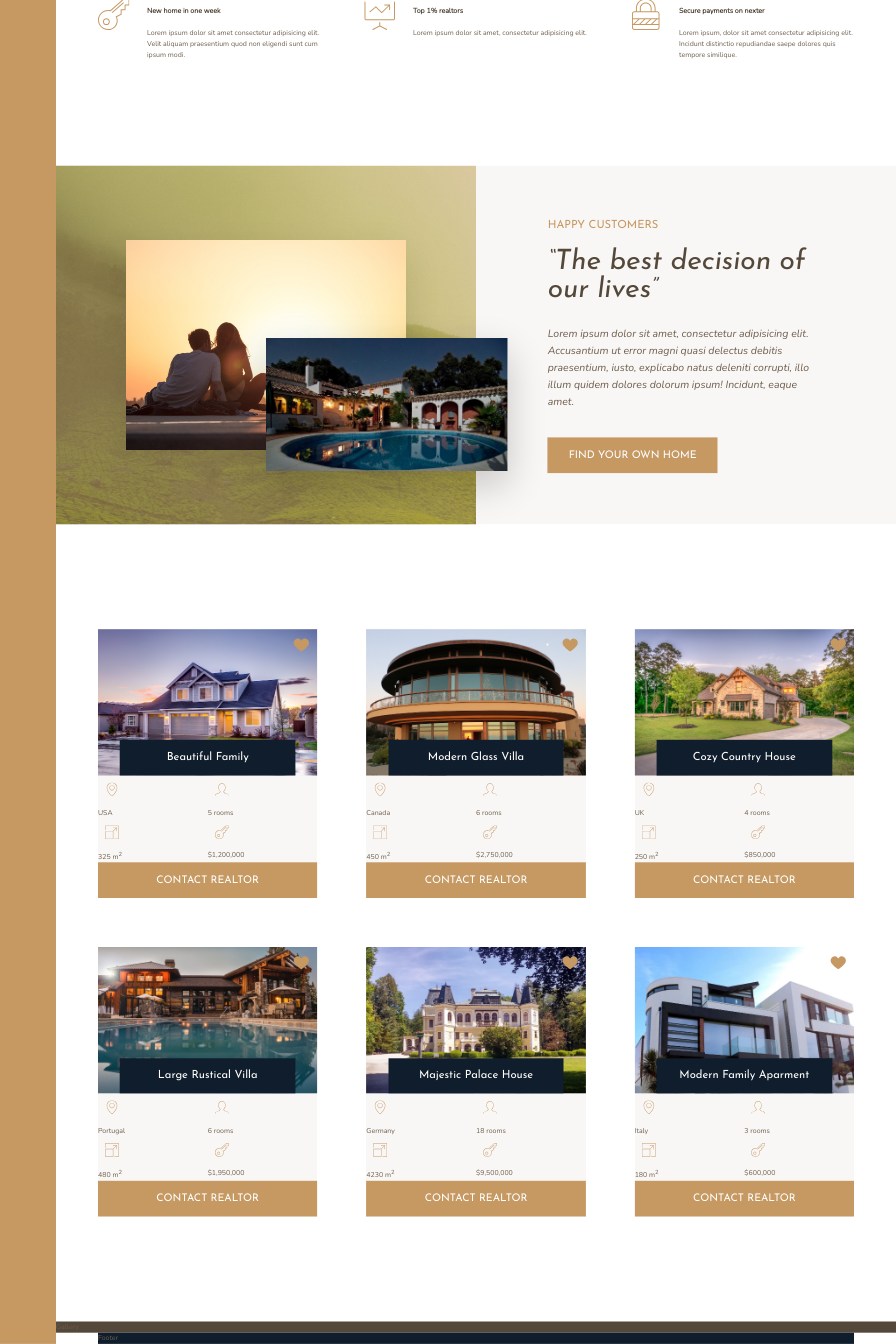
Repository: achwesiuk/nexter
Page: index.html
These files come from the project's save history. The page is drawn as it stood at one moment and after the next save; the edit follows.
The browser window is 1280 px wide. The pictures show the part of the page from y = 857 to 2777 px (the page is 2777 px tall), at 70% of full size.
The style sheet was rebuilt from its Sass, Less or Tailwind sources for each picture, by a compiler version that may differ from the author's.

Above is the page before, as saved 2021-02-23 15:24:30.

### index.html
<!DOCTYPE html>
<html lang="en">
    <head>
        <meta charset="UTF-8">
        <meta name="viewport" content="width=device-width, initial-scale=1.0">
        <meta http-equiv="X-UA-Compatible" content="ie=edge">

        <link href="https://fonts.googleapis.com/css?family=Josefin+Sans:300,400,400i|Nunito:300,300i" rel="stylesheet">
        <link rel="stylesheet" href="css/style.css">
        <link rel="shortcut icon" type="image/png" href="img/favicon.png">

        <title>nexter &mdash; your home, your freedom</title>
    </head>
    <body class="container">
        <div class="sidebar">
            Sidebar
        </div>

        <header class="header">
            Header
        </header>

        <div class="realtors">
            Top 3 realtors
        </div>

        <section class="features">
            <div class="feature">
                <svg class="feature__icon">
                    <use xlink:href="img/sprite.svg#icon-global"></use>
                </svg>
                <h4 class="heading-4--dark">World's best luxury homes</h4>
                <p class="feature-text">Lorem ipsum dolor sit amet, consectetur adipisicing elit. Sapiente eligendi vitae aliquid a corporis hic, nemo dolores neque culpa pariatur dolor magnam!</p>
            </div>
            <div class="feature">
                <svg class="feature__icon">
                    <use xlink:href="img/sprite.svg#icon-trophy"></use>
                </svg>
                <h4 class="heading-4--dark">Only the best properties</h4>
                <p class="feature-text">Lorem ipsum dolor sit amet consectetur, adipisicing elit. Mollitia optio sapiente fugit deserunt ex qui in.</p>
            </div>
            <div class="feature">
                <svg class="feature__icon">
                    <use xlink:href="img/sprite.svg#icon-map-pin"></use>
                </svg>
                <h4 class="heading-4--dark">All homes in top locations</h4>
                <p class="feature-text">Lorem ipsum dolor sit amet consectetur adipisicing elit. Ullam est deserunt unde temporibus, beatae quo et repellat!</p>
            </div>
            <div class="feature">
                <svg class="feature__icon">
                    <use xlink:href="img/sprite.svg#icon-key"></use>
                </svg>
                <h4 class="heading-4--dark">New home in one week</h4>
                <p class="feature-text">Lorem ipsum dolor sit amet consectetur adipisicing elit. Velit aliquam praesentium quod non eligendi sunt cum ipsum modi.</p>
            </div>
            <div class="feature">
                <svg class="feature__icon">
                    <use xlink:href="img/sprite.svg#icon-presentation"></use>
                </svg>
                <h4 class="heading-4--dark">Top 1% realtors</h4>
                <p class="feature-text">Lorem ipsum dolor sit amet, consectetur adipisicing elit.</p>
            </div>
            <div class="feature">
                <svg class="feature__icon">
                    <use xlink:href="img/sprite.svg#icon-lock"></use>
                </svg>
                <h4 class="heading-4--dark">Secure payments on nexter</h4>
                <p class="feature-text">Lorem ipsum, dolor sit amet consectetur adipisicing elit. Incidunt distinctio repudiandae saepe dolores quis tempore similique.</p>
            </div>
        </section>

        <div class="story__pictures">
            <img src="img/story-1.jpeg" alt="Couple with new house" class="story__img--1">
            <img src="img/story-2.jpeg" alt="New house" class="story__img--2">
        </div>

        <div class="story__content">
            <h3 class="heading-3 mb-sm">Happy Customers</h3>
            <h2 class="heading-2 heading-2--dark mb-md">&ldquo;The best decision of our lives&rdquo;</h2>
            <p class="story__text">
                Lorem ipsum dolor sit amet, consectetur adipisicing elit. Accusantium ut error magni quasi delectus debitis praesentium, iusto, explicabo natus deleniti corrupti, illo illum quidem dolores dolorum ipsum! Incidunt, eaque amet.
            </p>
            <button class="btn">Find your own home</button>
        </div>

        <section class="homes">
            <div class="home">
                <img src="img/house-1.jpeg" alt="House 1" class="home__img">
                <svg class="home__like">
                    <use xlink:href="img/sprite.svg#icon-heart-full"></use>
                </svg>
                <h5 class="home__name">Beautiful Family</h5>
                <div class="home__location">
                    <svg class="home__like">
                        <use xlink:href="img/sprite.svg#icon-map-pin"></use>
                    </svg>
                    <p>USA</p>
                </div>
                <div class="home__rooms">
                    <svg class="home__like">
                        <use xlink:href="img/sprite.svg#icon-profile-male"></use>
                    </svg>
                    <p>5 rooms</p>
                </div>
                <div class="home__area">
                    <svg class="home__like">
                        <use xlink:href="img/sprite.svg#icon-expand"></use>
                    </svg>
                    <p>325 m<sup>2</sup></p>
                </div>
                <div class="home__price">
                    <svg class="home__like">
                        <use xlink:href="img/sprite.svg#icon-key"></use>
                    </svg>
                    <p>$1,200,000</p>
                </div>
                <button class="btn home__btn">Contact realtor</button>
            </div>

            <div class="home"><img src="img/house-2.jpeg" alt="House 2" class="home__img">
                <svg class="home__like">
                    <use xlink:href="img/sprite.svg#icon-heart-full"></use>
                </svg>
                <h5 class="home__name">Modern Glass Villa</h5>
                <div class="home__location">
                    <svg class="home__like">
                        <use xlink:href="img/sprite.svg#icon-map-pin"></use>
                    </svg>
                    <p>Canada</p>
                </div>
                <div class="home__rooms">
                    <svg class="home__like">
                        <use xlink:href="img/sprite.svg#icon-profile-male"></use>
                    </svg>
                    <p>6 rooms</p>
                </div>
                <div class="home__area">
                    <svg class="home__like">
                        <use xlink:href="img/sprite.svg#icon-expand"></use>
                    </svg>
                    <p>450 m<sup>2</sup></p>
                </div>
                <div class="home__price">
                    <svg class="home__like">
                        <use xlink:href="img/sprite.svg#icon-key"></use>
                    </svg>
                    <p>$2,750,000</p>
                </div>
                <button class="btn home__btn">Contact realtor</button>
            </div>

            <div class="home"><img src="img/house-3.jpeg" alt="House 3" class="home__img">
                <svg class="home__like">
                    <use xlink:href="img/sprite.svg#icon-heart-full"></use>
                </svg>
                <h5 class="home__name">Cozy Country House</h5>
                <div class="home__location">
                    <svg class="home__like">
                        <use xlink:href="img/sprite.svg#icon-map-pin"></use>
                    </svg>
                    <p>UK</p>
                </div>
                <div class="home__rooms">
                    <svg class="home__like">
                        <use xlink:href="img/sprite.svg#icon-profile-male"></use>
                    </svg>
                    <p>4 rooms</p>
                </div>
                <div class="home__area">
                    <svg class="home__like">
                        <use xlink:href="img/sprite.svg#icon-expand"></use>
                    </svg>
                    <p>250 m<sup>2</sup></p>
                </div>
                <div class="home__price">
                    <svg class="home__like">
                        <use xlink:href="img/sprite.svg#icon-key"></use>
                    </svg>
                    <p>$850,000</p>
                </div>
                <button class="btn home__btn">Contact realtor</button>
            </div>

            <div class="home"><img src="img/house-4.jpeg" alt="House 4" class="home__img">
                <svg class="home__like">
                    <use xlink:href="img/sprite.svg#icon-heart-full"></use>
                </svg>
                <h5 class="home__name">Large Rustical Villa</h5>
                <div class="home__location">
                    <svg class="home__like">
                        <use xlink:href="img/sprite.svg#icon-map-pin"></use>
                    </svg>
                    <p>Portugal</p>
                </div>
                <div class="home__rooms">
                    <svg class="home__like">
                        <use xlink:href="img/sprite.svg#icon-profile-male"></use>
                    </svg>
                    <p>6 rooms</p>
                </div>
                <div class="home__area">
                    <svg class="home__like">
                        <use xlink:href="img/sprite.svg#icon-expand"></use>
                    </svg>
                    <p>480 m<sup>2</sup></p>
                </div>
                <div class="home__price">
                    <svg class="home__like">
                        <use xlink:href="img/sprite.svg#icon-key"></use>
                    </svg>
                    <p>$1,950,000</p>
                </div>
                <button class="btn home__btn">Contact realtor</button>
            </div>

            <div class="home"><img src="img/house-5.jpeg" alt="House 5" class="home__img">
                <svg class="home__like">
                    <use xlink:href="img/sprite.svg#icon-heart-full"></use>
                </svg>
                <h5 class="home__name">Majestic Palace House</h5>
                <div class="home__location">
                    <svg class="home__like">
                        <use xlink:href="img/sprite.svg#icon-map-pin"></use>
                    </svg>
                    <p>Germany</p>
                </div>
                <div class="home__rooms">
                    <svg class="home__like">
                        <use xlink:href="img/sprite.svg#icon-profile-male"></use>
                    </svg>
                    <p>18 rooms</p>
                </div>
                <div class="home__area">
                    <svg class="home__like">
                        <use xlink:href="img/sprite.svg#icon-expand"></use>
                    </svg>
                    <p>4230 m<sup>2</sup></p>
                </div>
                <div class="home__price">
                    <svg class="home__like">
                        <use xlink:href="img/sprite.svg#icon-key"></use>
                    </svg>
                    <p>$9,500,000</p>
                </div>
                <button class="btn home__btn">Contact realtor</button>
            </div>

            <div class="home"><img src="img/house-6.jpeg" alt="House 6" class="home__img">
                <svg class="home__like">
                    <use xlink:href="img/sprite.svg#icon-heart-full"></use>
                </svg>
                <h5 class="home__name">Modern Family Aparment</h5>
                <div class="home__location">
                    <svg class="home__like">
                        <use xlink:href="img/sprite.svg#icon-map-pin"></use>
                    </svg>
                    <p>Italy</p>
                </div>
                <div class="home__rooms">
                    <svg class="home__like">
                        <use xlink:href="img/sprite.svg#icon-profile-male"></use>
                    </svg>
                    <p>3 rooms</p>
                </div>
                <div class="home__area">
                    <svg class="home__like">
                        <use xlink:href="img/sprite.svg#icon-expand"></use>
                    </svg>
                    <p>180 m<sup>2</sup></p>
                </div>
                <div class="home__price">
                    <svg class="home__like">
                        <use xlink:href="img/sprite.svg#icon-key"></use>
                    </svg>
                    <p>$600,000</p>
                </div>
                <button class="btn home__btn">Contact realtor</button>
            </div>
        </section>

        <section class="gallery">
            Gallery
        </section>

        <footer>
            Footer
        </footer>
    </body>
</html>

### sass/main.scss
@import "base";
@import "typography";

@import "sidebar";
@import "header";
@import "realtors";
@import "features";
@import "story";
@import "homes";
@import "gallery";
@import "footer";

### sass/_base.scss
// COLOR VARIABLES
$color-primary: #c69963;
$color-primary-dark: #B28451;

$color-secondary: #101d2c;

$color-grey-light-1: #f9f7f6;
$color-grey-light-2: #aaa;

$color-grey-dark-1: #54483A;
$color-grey-dark-2: #6D5D4B;

// FONT VARIABLES
$font-primary: 'Nunito', sans-serif;
$font-display: 'Josefin Sans', sans-serif;

*,
*::before,
*::after {
    margin: 0;
    padding: 0;
    -webkit-box-sizing: inherit;
            box-sizing: inherit; //dziedziczy po HTML
}

html {
    -webkit-box-sizing: border-box;
            box-sizing: border-box;
    font-size: 62.5%; // 10px / 16px = 62.5% -> 1rem = 10px
}

body {
    font-family: $font-primary;
    color: $color-grey-dark-2;
    font-weight: 300;
    line-height: 1.6;
}

.container {
    display: grid;
    grid-template-rows: 80vh min-content 40vw repeat(3, min-content); // 1.wiersz - wysokość wiersza jest wartością procentową vh; jest to siatka jawna z jednym wierszem, pozostałe elementy będą dodane w siatce niejawnej (elementy, które nie mają miejsca w siatce jawnej)
    // 2. wiersz - wysokość wiersza uzależniona od zawartej w nim treści
    // 2. auto - domyślne, jeżeli nic nie będzie określone; również dopasowuje się do treści
    // 3. wiersz - wiersz uzależniony od szerokości układu (podczas zmiany szerokości widoku zmieniają się wymiary wiersza - zwęża się, rośnie)
    // 4, 5, 6 - wysokość wiersza uzależnione od jego zawartości
    grid-template-columns: [sidebar-start] 8rem [sidebar-end full-start] minmax(6rem, 1fr) [center-start] repeat(8, [col-start] minmax(min-content, 14rem) [col-end]) [center-end] minmax(6rem, 1fr) [full-end];
}

### sass/_typography.scss
%heading { //extended działa przeciwnie do mixin; selektory (heading-1 etc.) są kopiowane to selektora na górze
    font-family: $font-display;
    font-weight: 400;
}

.heading-1 {
    @extend %heading;
}

.heading-2 {
    @extend %heading;
    font-size: 4rem;
    font-style: italic;
    line-height: 1;

    &--light {color: $color-grey-light-1;}
    &--dark {color: $color-grey-dark-1;}
}

.heading-3 {
    @extend %heading;
    font-size: 1.6rem;
    color: $color-primary;
    text-transform: uppercase;
}

.heading-4 {
    @extend %heading;
    font-size: 1.9rem;

    &--light {color: $color-grey-light-1;}
    &--dark {color: $color-grey-dark-1;}
}

.btn {
    background-color: $color-primary;
    color: #fff;
    border: none;
    border-radius: 0; //z założenia przyciski mają ustawiony jakiś kąt
    font-family: $font-display;
    font-size: 1.5rem;
    text-transform: uppercase;
    padding: 1.8rem 3rem;
    cursor: pointer;

    transition: all .2s;

    &:hover {
        background-color: $color-primary-dark;
    }
}

.mb-sm {margin-bottom: 2rem;}
.mb-md {margin-bottom: 3rem;}
.mb-lg {margin-bottom: 4rem;}
.mb-hg {margin-bottom: 8rem;}

### sass/_sidebar.scss
.sidebar {
    background-color: $color-primary;
    grid-column: sidebar-start / sidebar-end;
    grid-row: 1 / -1;
}

### sass/_header.scss
.header {
    background-color: $color-grey-dark-1;
    grid-column: full-start / col-end 6;
}

### sass/_realtors.scss
.realtors {
    background-color: $color-secondary;
    grid-column: col-start 7 / full-end;
}

### sass/_features.scss
.features {
    grid-column: center-start / center-end;

    margin: 15rem 0;

    display: grid;
    //grid-template-columns: repeat(3, 1fr);
    grid-template-columns: repeat(auto-fit, minmax(25rem, 1fr));
    //grid-template-rows: auto auto; niepotrzebne, ponieważ wiersze i tak układają się w ten sposób
    grid-gap: 6rem;
    align-items: start;
}

.feature {

    display: grid;
    grid-template-columns: min-content 1fr; //min-content odnosi się do wymiarów ikony
    //nie trzeba określać wierszy, mają mieć wielkość zawartej w nich treści
    grid-row-gap: 1.5rem;
    grid-column-gap: 2.5rem;

    &__icon {
        fill: $color-primary;
        width: 4.5rem;
        height: 4.5rem;
        transform: translateY(-1rem);

        //grid-row: 1 / -1; // -1 oznacza koniec JAWNEJ SIATKI, a tutaj jest niejawna
        grid-row: -1 / span 2;
    }

    &__text {
        font-size: 1.7rem;
    }
}

### sass/_story.scss
.story {

    &__pictures {
        background-color: $color-primary;
        grid-column: full-start / col-end 4;
        background-image: linear-gradient(rgba($color-primary, .5), rgba($color-primary, .5)),  url(../img/back.jpg); //używam dwóch takich samych kolorów - kolor przechodzi z jednego koloru na drugi

        display: grid;
        grid-template-rows: repeat(6, 1fr);
        grid-template-columns: repeat(6, 1fr);

        align-items: center;
    }

    &__img--1 {
        width: 100%;
        grid-row: 2 / 6;
        grid-column: 2 / 6;
        box-shadow: 0 2rem 5rem rgba(#000, .1);
    }

    &__img--2 {
        width: 115%;
        grid-row: 4 / 6;
        grid-column: 4 / 7;
        z-index: 20;
        box-shadow: 0 2rem 5rem rgba(#000, .2);
    }

    &__content {
        background-color: $color-grey-light-1;
        grid-column: col-start 5 / full-end;

        padding: 6rem 8vw;

        /*
        display: flex;
        flex-direction: column;
        justify-content: center;
        align-items: flex-start;
        */

        display: grid;
        align-content: center;
        justify-items: start;
    }

    &__text {
        font-size: 1.5rem;
        font-style: italic;
        margin-bottom: 4rem;
    }
}

### sass/_homes.scss
.homes {
    grid-column: center-start / center-end;
    margin: 15rem 0;

    display: grid;
    grid-template-columns: repeat(auto-fit,minmax(25rem, 1fr));
    grid-gap: 7rem;
}

.home {
    background-color: $color-grey-light-1;

    display: grid;
    grid-template-columns: repeat(2, 1fr);

    &__img {
        width: 100%;
        grid-row: 1 / 2;
        grid-column: 1 / -1;
        z-index: 1;
    }

    &__like {
        grid-row: 1 / 2;
        grid-column: 2 / 3;
        fill: $color-primary;
        height: 2.5rem;
        width: 2.5rem;
        z-index: 2;

        justify-self: end;
        margin: 1rem;
    }

    &__name {
        grid-column: 1 / -1;
        grid-row: 1 / 2;
        align-self: end;
        z-index: 3;

        font-family: $font-display;
        font-size: 1.6rem;
        text-align: center;
        padding: 1.25rem;
        background-color: $color-secondary;
        color: #fff;
        font-weight: 400;

        width: 80%;
        justify-self: center;
    }

    &__location,
    &__rooms,
    &__area,
    &__price {

        svg{
            fill: $color-primary;
            height: 2rem;
            width: 2rem;
        }

        p {

        }
    }

    &__btn {
        grid-column: 1 / -1;
    }
}

### sass/_gallery.scss
.gallery {
    background-color: $color-grey-dark-1;
    grid-column: full-start / full-end;
}

### sass/_footer.scss
footer {
    background-color: $color-secondary;
    grid-column: center-start / center-end;
}

After the next save:
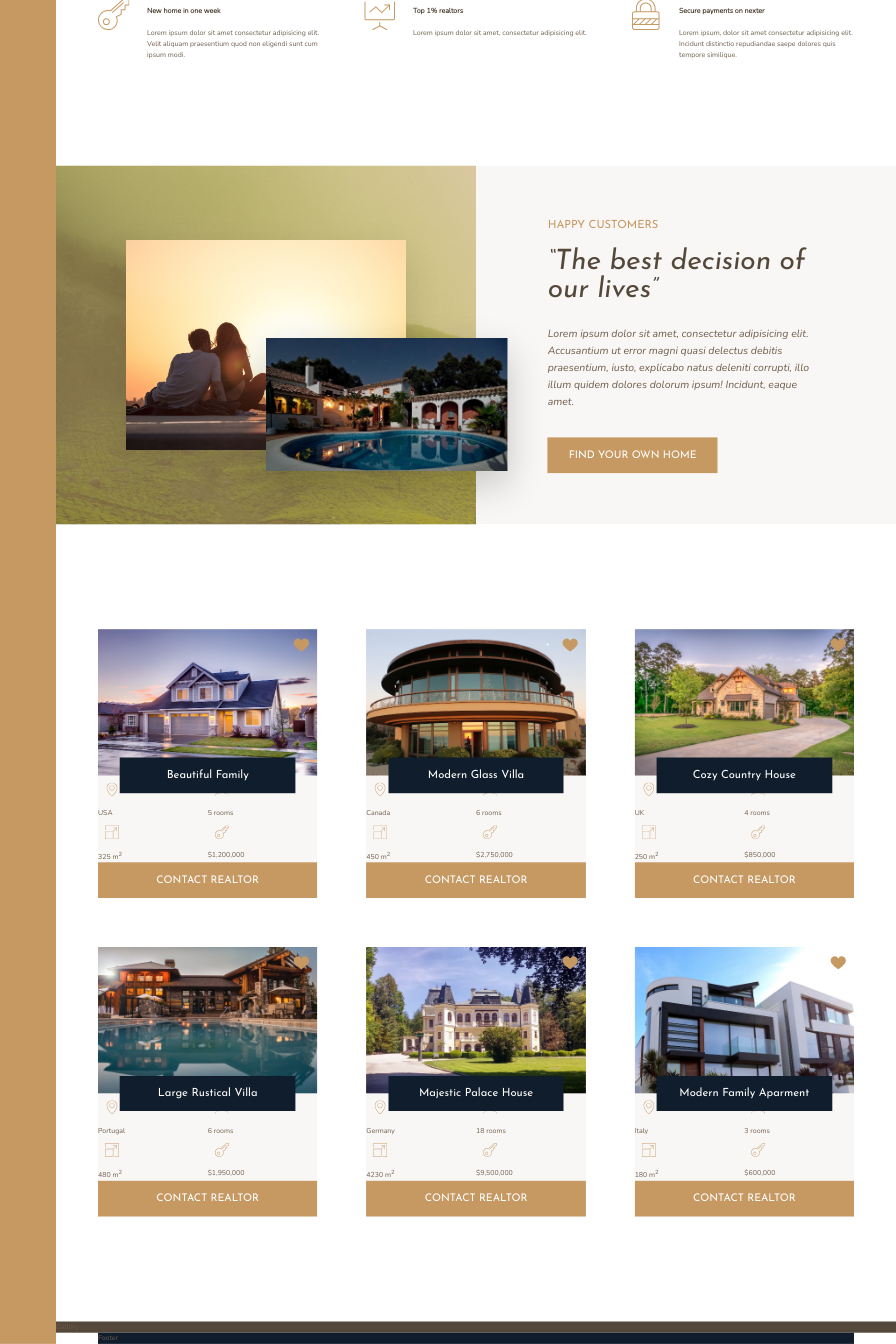
Saved 15 min 5 s later.
--- a/sass/_homes.scss
+++ b/sass/_homes.scss
@@ -35,9 +35,11 @@
     &__name {
         grid-column: 1 / -1;
         grid-row: 1 / 2;
+        justify-self: center;
         align-self: end;
         z-index: 3;
 
+        width: 80%;
         font-family: $font-display;
         font-size: 1.6rem;
         text-align: center;
@@ -45,9 +47,7 @@
         background-color: $color-secondary;
         color: #fff;
         font-weight: 400;
-
-        width: 80%;
-        justify-self: center;
+        transform: translateY(50%);
     }
 
     &__location,
